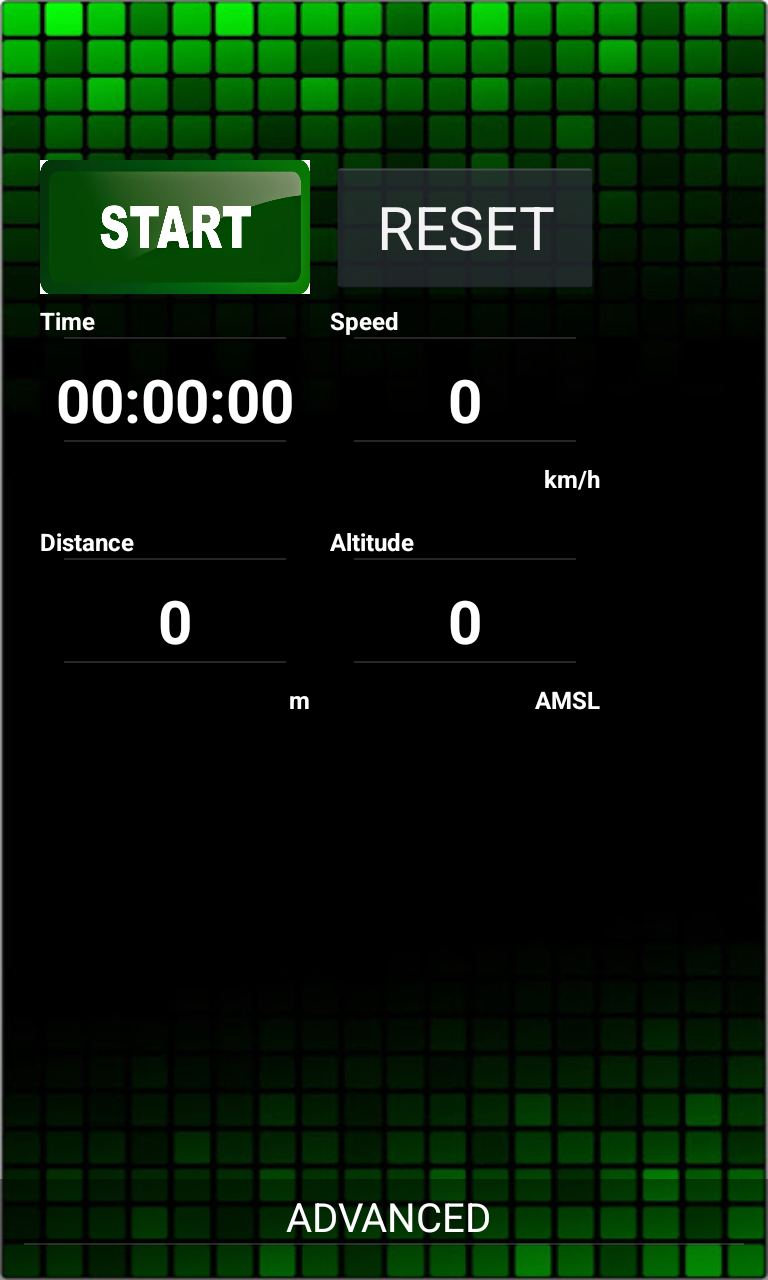
Repository: sebastianR1001/GeoApplication
Layout: GeoApplication/res/layout/activity_fullscreen.xml
An editor plug-in stored every save of this project. The layout is shown before and after the next save, followed by the edit.
It is drawn on a 768 x 1280 px phone screen (xhdpi) without system bars, with theme FullscreenTheme; the app's code is not run.

Above is the layout before, as saved 2014-10-31 21:16:13.

After the next save:
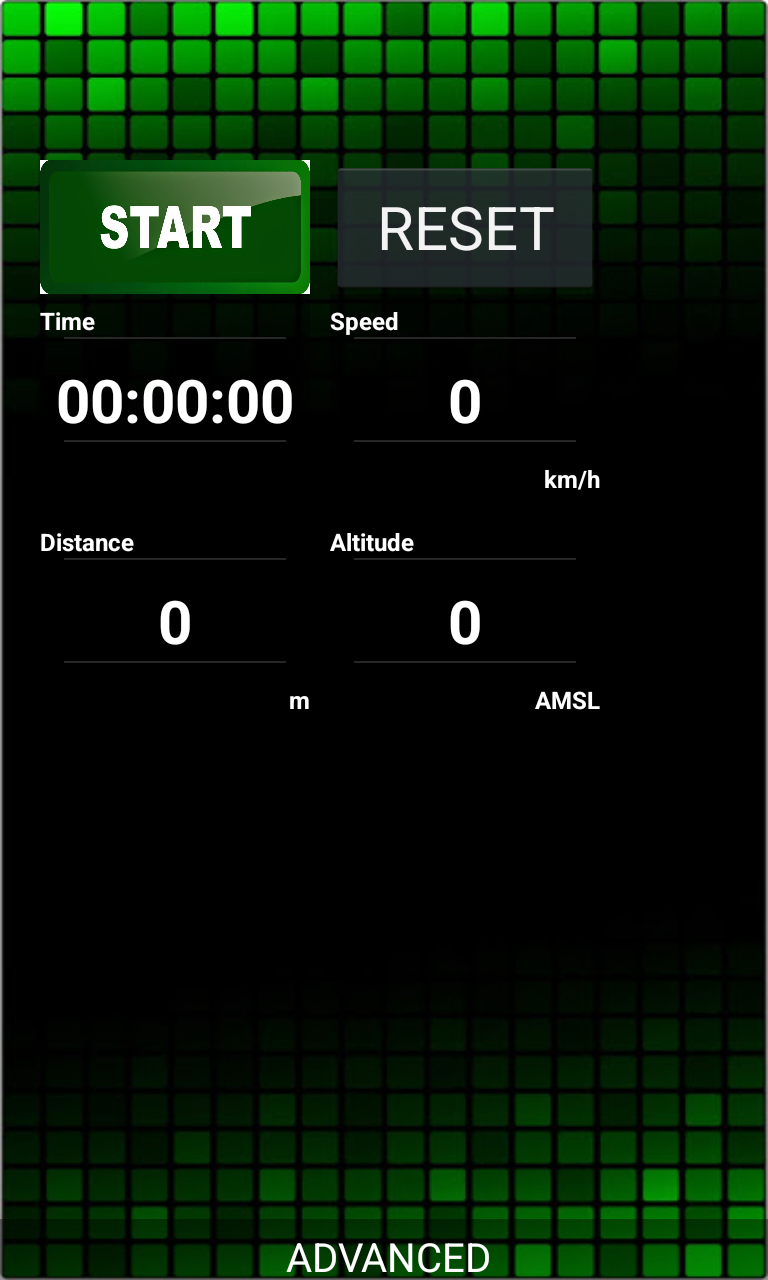
Saved 71 s later.
--- a/GeoApplication/res/layout/activity_fullscreen.xml
+++ b/GeoApplication/res/layout/activity_fullscreen.xml
@@ -254,7 +254,7 @@
 	        android:id="@+id/advanced"
 	        style="?metaButtonBarStyle"
 	        android:layout_width="match_parent"
-	        android:layout_marginBottom="-160dp"
+	        android:layout_marginBottom="-180dp"
 	        android:layout_height="210dp"
 	        android:layout_gravity="bottom|center_horizontal"
 	        android:background="@color/black_overlay"
